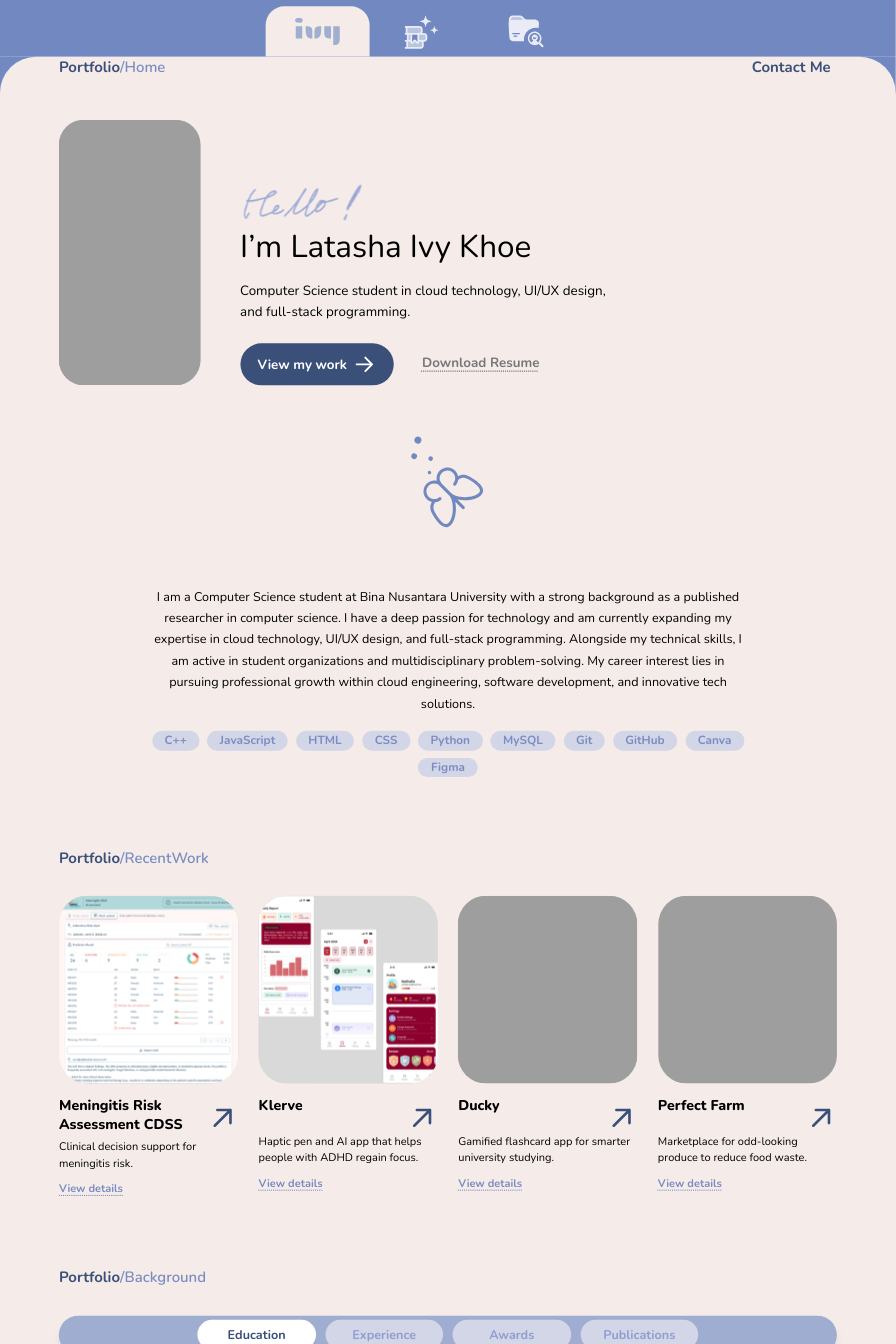
Repository: L-vy/L-vy
Page: /
The author's editor kept a copy of each file at every save. The page is drawn from the files as they stood at one save, then again after the next save.
The browser window is 1280 px wide. The pictures show the part of the page from y = 0 to 1920 px (the page is 3174 px tall before and 3226 px after), at 70% of full size.
Pictures or frames that could not be fetched are drawn as grey boxes. Some web fonts or font styles are not loaded; a fallback is used. The project was rebuilt for these pictures with package versions that can differ from the ones it lists, and the page was loaded fresh each time. Also part of the build but not shown: vite.config.ts, src/components/ExperienceBinder.tsx, src/components/FolderCard.tsx, src/components/ProjectSidebar.tsx, src/pages/ProjectDetails.tsx.

Above is the page before, as saved 2026-10-07 21:26:27.

### index.html
<!doctype html>
<html lang="en">
  <head>
    <meta charset="UTF-8" />
    <meta name="viewport" content="width=device-width, initial-scale=1.0" />
    <meta name="description" content="Portfolio of Latasha Ivy Khoe, Computer Science student specializing in Cloud Technology, UI/UX design and full-stack development." />
    <meta name="theme-color" content="#7288c1" />
    <link rel="icon" href="/images/ivy-logo.svg" />
    <link rel="preconnect" href="https://fonts.googleapis.com" />
    <link rel="preconnect" href="https://fonts.gstatic.com" crossorigin />
    <link href="https://fonts.googleapis.com/css2?family=Nunito:ital,wght@0,400;0,600;0,700;0,800;1,400&family=Playwrite+US+Modern:wght@100..400&display=swap" rel="stylesheet" />
    <title>Latasha Ivy Khoe | Portfolio</title>
  </head>
  <body>
    <div id="root"></div>
    <script type="module" src="/src/main.tsx"></script>
  </body>
</html>

### src/main.tsx
import { StrictMode } from 'react'
import { createRoot } from 'react-dom/client'
import App from './App'
import './styles.css'
createRoot(document.getElementById('root')!).render(<StrictMode><App /></StrictMode>)

### src/App.tsx
import { BrowserRouter, Route, Routes } from 'react-router-dom'
import Home from './pages/Home'
import ProjectDetails from './pages/ProjectDetails'
import CursorCircle from './components/CursorCircle'
export default function App() {
  return (
    <BrowserRouter>
      <CursorCircle />
      <Routes>
        <Route path="/" element={<Home />} />
        <Route path="/recentworks/:id" element={<ProjectDetails />} />
        <Route path="*" element={<Home />} />
      </Routes>
    </BrowserRouter>
  )
}

### src/styles.css
/* Sizes are authored at design scale (16px = 1rem) and rendered at 75% via html{font-size:75%}. */
:root{--blue:#7288c1;--cream:#f5ecea;--ink:#3b5078;--peri:#7a8cc2;--light:#a9b5e0;--bar:#9fadd1;--pill:#d3d6e6;--panel:#d1d4e3;--ph:#d9d9d9;--txt:#000;--gut:max(3.5rem,calc((100% - 68.75rem)/2 + 3.5rem));color-scheme:light}
html{font-size:75%}
*{box-sizing:border-box}
body{margin:0;background:var(--cream);color:var(--txt);font-family:'Nunito',system-ui,sans-serif;line-height:1.4}
h1,h2,h3,p,ul{margin:0}
ul{padding:0;list-style:none}
a{color:inherit}
button{font-family:inherit;cursor:pointer}
img{max-width:100%}
:focus-visible{outline:3px solid var(--ink);outline-offset:3px}
.fx{font-family:'Playwrite US Modern','Nunito',cursive;font-weight:400}
.nav{position:relative;height:4.5rem;background:var(--blue)}
.nav::after{content:'';position:absolute;left:0;right:0;top:100%;height:2.875rem;background:var(--blue)}
.nav-tabs{max-width:68.75rem;margin:0 auto;height:100%;display:flex;align-items:flex-end;padding-left:28%}
.nav-tab{width:8.25rem;height:4rem;border:0;background:none;color:#e9ecf7;display:grid;place-items:center;padding:0;transition:opacity .25s}
.nav-tab:hover{opacity:.8}
.nav-tab.active{background:var(--cream);border-radius:1.5rem 1.5rem 0 0;color:var(--light);opacity:1}
.nav-tab img{height:2.125rem}
.page{position:relative;z-index:1;background:var(--cream);border-radius:2.875rem 2.875rem 0 0;padding:0 var(--gut);}
.section{padding-top:5.625rem}
.hero{position:relative;padding-top:0;justify-content: center;}
.hero-top{display:flex;justify-content:space-between;align-items:center}
.path{font-size:1.1875rem;font-weight:600;color:var(--peri)}
.path b{color:var(--ink);font-weight:700}
.crumb{background:none;border:0;padding:0;font:inherit;color:inherit}
.crumb:hover{text-decoration:underline dotted;text-underline-offset:0.25rem}
.contact-link{background:none;border:0;font-size:1.1875rem;font-weight:700;color:var(--ink)}
.hero-grid{display:grid;grid-template-columns:135px 1fr;gap:3.125rem;align-items:flex-end;margin-top:3.25rem}
.hero-photo{width: 100%;max-width: 135px;aspect-ratio: 200 / 375;object-fit:cover;background:var(--ph);border-radius:2rem;transition:transform .3s}
.hero-photo:hover{transform:rotate(-1.2deg) scale(1.015)}
.hello{height:3.375rem;width:auto;display:block}
h1{margin-top:0.25rem;font:400 2.5rem/1.35 'Playwrite US Modern','Nunito',cursive}
.lead{max-width:30rem;font-size:1.0625rem;line-height:1.6;margin-top:0.875rem}
.lead.sm{font-size:0.9375rem;max-width:none;margin-top:1.25rem}
.actions{display:flex;align-items:center;gap:2.25rem;margin-top:1.625rem;flex-wrap:wrap}
.btn{display:inline-flex;align-items:center;gap:0.5rem;background:var(--ink);color:#fff;border:0;border-radius:62.4375rem;padding:0.75rem 1.375rem;font-size:1.0625rem;font-weight:700;transition:transform .25s}
.btn:hover{transform:translateY(-2px)}
.btn.blue{background:var(--blue);font-size:1.1875rem;padding:0.875rem 1.75rem}
.link-dotted{text-decoration:underline dotted;text-underline-offset:0.25rem;font-weight:700}
.link-dotted.grey{color:#777;font-size:1.0625rem}
.butterfly{display:block;margin:4rem auto 0;width:6rem}
.intro{max-width:47.5rem;margin:4.375rem auto 0;text-align:center}
.intro-text{font-size:1rem;line-height:1.7}
.pills{display:flex;flex-wrap:wrap;gap:0.625rem;justify-content:center;margin-top:1.375rem}
.pills.left{justify-content:flex-start}
.pill{border-radius:24rem;padding:0.1rem 1rem;font-weight:700;font-size:0.9375rem;background:var(--pill);color:var(--peri)}
.pill.solid-outline{background:none;border:1.5px solid var(--peri);font-size:1rem}
.reveal{opacity:0;transform:translateY(0.875rem);transition:opacity .6s,transform .6s}
.reveal.in{opacity:1;transform:none}
.fill{height:100%}
.cards{display:grid;grid-template-columns:repeat(4,1fr);gap:1.625rem;margin-top:2.125rem}
.card{display:flex;flex-direction:column;min-width:0}
.card-img{display:block;aspect-ratio:400/420;border-radius:2.25rem;overflow:hidden;background:var(--ph);transition:transform .3s}
.card-img img{width:100%;height:100%;object-fit:cover;display:block}
.card:hover .card-img{transform:rotate(-1.2deg) scale(1.015)}
.card-title{display:flex;justify-content:space-between;align-items:flex-start;gap:0.5rem;margin-top:1rem;color:var(--ink)}
.card-title .icon{flex:none}
.clamp{font-size:1.125rem;font-weight:800;line-height:1.3;color:var(--txt);display:-webkit-box;-webkit-line-clamp:2;-webkit-box-orient:vertical;overflow:hidden}
.card-sum{font-size:0.875rem;line-height:1.5;margin-top:0.375rem}
.card-links{margin-top:0.625rem}
.card-links .link-dotted{color:var(--peri);font-size:0.875rem}
.tabbar{position:relative;background:var(--bar);border-radius:62.4375rem;padding:0.375rem 0.5rem;display:flex;justify-content:center;gap:0.75rem;margin-top:2.125rem;box-shadow:0 0.5rem 0.875rem -0.375rem rgba(60,70,110,.35)}
.tabwrap{position:relative;width:min(9.375rem,22%)}
.tab{width:100%;border:0;border-radius:62.4375rem;padding:0.5rem 0;font-size:1rem;font-weight:700;background:var(--pill);color:#8f9dcf;transition:background .25s,color .25s}
.tab.on{background:#fff;color:var(--ink)}
.pointer{position:absolute;left:50%;bottom:-1.25rem;margin-left:-0.5625rem;border:0.5625rem solid transparent;border-top:0;border-bottom:0.8125rem solid var(--ink)}
.panel{margin-top:2.75rem;background:var(--panel);border-radius:1.375rem;height:30.625rem;box-shadow:0 0.375rem 1rem -0.5rem rgba(60,70,110,.3);transition:background .3s,box-shadow .3s}
.panel.bound{background:transparent;box-shadow:none}
.banner{height:100%;display:flex;flex-direction:column;gap:2.125rem;padding:1.875rem 2.125rem 2.5rem}
.banner-img{flex:1;min-height:0;width:100%;object-fit:cover;background:var(--ph);border-radius:2.25rem;transition:transform .3s}
.banner:hover .banner-img{transform:rotate(-1.2deg) scale(1.015)}
.tx{padding-left:0.4375rem}
.tx h2{font-size:1.625rem;line-height:1.4}
.tx h3{margin-top:2px;font-size:1.1875rem;font-weight:700}
.tx p{margin-top:0.375rem;font-style:italic;font-size:0.9375rem}
.folders{height:100%;display:grid;grid-template-columns:1fr 1fr;gap:1.5rem;padding:1.75rem 2rem}
.folder{--rim:#3b5078;--body:#f3f3f9;background:var(--rim);border-radius:1.875rem;padding:1.5px;display:flex;flex-direction:column;overflow:hidden}
.media{height:11.875rem;margin-bottom:-2.5rem;flex:none;position:relative;overflow:hidden;border-radius:1.78125rem 1.78125rem 0 0;background:var(--ph)}
.media>*{display:block;width:100%;height:100%;object-fit:cover;background:var(--ph);transform:scale(1.06);transition:transform .3s}
.folder:hover .media>*{transform:rotate(-1.2deg) scale(1.1)}
.rest{flex:1;position:relative;z-index:1;background:var(--body);border-radius:0 1.78125rem 1.78125rem 1.78125rem;padding:0 1.375rem 1.125rem;display:flex;flex-direction:column}
.rest .tab{position:absolute;left:0;top:-2.25rem;width:80%;height:2.3125rem;padding:0;border-radius:1.25rem 1.25rem 0 0;background:var(--body)}
.rest .tab::after{content:'';position:absolute;right:-1.25rem;bottom:0;width:1.25rem;height:1.25rem;background:radial-gradient(circle at 100% 0,transparent 1.21875rem,var(--body) 1.25rem)}
.head{position:relative;margin-top:-1.375rem}
.head::before{content:'';float:right;width:24%;height:1rem}
.head b{display:-webkit-box;-webkit-line-clamp:3;-webkit-box-orient:vertical;overflow:hidden;font-size:1.0625rem;font-weight:800;line-height:1.25}
.head span{display:block;font-size:0.9375rem;color:#6f748f;margin-top:2px}
.folder p{margin-top:0.75rem;font-size:0.84375rem;font-style:italic;line-height:1.5;display:-webkit-box;-webkit-line-clamp:4;-webkit-box-orient:vertical;overflow:hidden}
.foot{margin-top:auto;padding-top:0.625rem;display:flex;justify-content:space-between;align-items:center;min-height:2.75rem}
.foot strong{font-size:1.5625rem;line-height:1.3}
.go{display:grid;place-items:center;width:2.5rem;height:2.5rem;border-radius:50%;background:var(--ink);color:#fff;transition:transform .25s}
.go:hover{transform:translate(2px,-2px)}
.exp{position:relative;height:100%}
.plate{position:absolute;left:0;top:0;bottom:0;width:8.125rem;background:#c9cde0;border-radius:1.625rem 0 0 1.625rem;box-shadow:0 0.625rem 1.125rem -0.625rem rgba(60,70,110,.4)}
.rail{position:absolute;left:0;top:4.4375rem;width:3.75rem;height:0;z-index:2}
.rail button{position:absolute;left:0.8125rem;top:calc(var(--i)*4.5rem);width:2.9375rem;height:5.25rem;z-index:calc(var(--i) + 1);border:0;background:var(--c);color:#fff;border-radius:1.125rem 0 0 1.125rem;display:grid;place-items:center;padding:0;transition:left .25s,width .25s}
.rail button:hover,.rail button[aria-selected=true]{left:0.4375rem;width:3.3125rem}
.rail button[aria-selected=true]{z-index:10}
.fcard{--acc:#9fadd1;position:absolute;left:3.75rem;right:0;top:0;bottom:0;background:var(--cream);border:2.5px solid var(--acc);border-radius:1.625rem;box-shadow:0 0.625rem 1.25rem -0.625rem rgba(60,70,110,.4);padding:1.375rem 1.75rem 1.375rem 1.875rem;overflow:hidden;transition:border-color .35s}
.pg{position:relative;height:100%;display:grid;grid-template-columns:1fr 1fr;grid-template-rows:auto 1fr;column-gap:3.5rem;animation:in .4s ease both}
@keyframes in{from{opacity:0;transform:translateY(0.5rem)}to{opacity:1;transform:none}}
.lab{grid-column:1/-1;font-size:0.8125rem}
.col{display:flex;flex-direction:column;min-width:0}
.col.end{align-self:end;padding-bottom:0.625rem}
.t{font-size:1.6875rem;font-weight:800;color:var(--ttl);line-height:1.2;margin-top:1.75rem}
.col.end .t{margin-top:0}
.sub{font-size:1.25rem;color:var(--ttl);margin-top:0.375rem}
.d{font-size:0.875rem;line-height:1.55;margin-top:1rem;font-style:italic}
.h{font-size:0.8125rem;margin:1.375rem 0 0.375rem}
.col ul{padding-left:1.25rem;font-size:0.84375rem;line-height:1.55;list-style:disc}
.stack,.zig{position:relative;margin-top:auto}
.stack{height:8rem}
.zig{margin-top:0.875rem}
.sp{position:absolute;display:block;width:62%;height:7.375rem;object-fit:cover;background:var(--ph);border:1px solid var(--txt);border-radius:1.625rem;transform:rotate(var(--r));transition:transform .3s}
.sp:hover{z-index:9;transform:rotate(calc(var(--r)*-1)) translateY(-0.3125rem) scale(1.03)}
.stack .sp:nth-child(1){--r:-2deg;left:0;top:0.375rem}
.stack .sp:nth-child(2){--r:1.5deg;left:20%;top:0.75rem}
.stack .sp:nth-child(3){--r:-1deg;left:38%;top:0}
.zig .sp{width:70%;height:7.5625rem}
.zig .sp:nth-child(1){--r:1deg;left:0;top:0}
.zig .sp:nth-child(2){--r:-1deg;left:44%;top:7rem}
.zig .sp:nth-child(3){--r:1deg;left:-1%;top:14.125rem}
.p1{left:47%;top:0.5rem;width:29%;height:8.4375rem;--r:1deg}
.p2{left:66%;top:4.875rem;width:27%;height:auto;aspect-ratio:210/297;--r:-1deg}
.contact{text-align:center;padding:5.75rem 0 6.25rem}
.contact h2{font-size:2.25rem;font-weight:400}
.contact b{font-weight:800}
.contact .btn{margin-top:1.375rem}
.footer{background:var(--blue);color:#eef0fa;padding:3.25rem var(--gut) 2.5rem;display:flex;justify-content:space-between;align-items:flex-end;gap:1.875rem;flex-wrap:wrap;min-height:14.375rem}
.footer ul{display:flex;gap:2.75rem;align-self:flex-start}
.ci{display:block;color:#dfe4f6;transition:transform .25s}
.ci:hover,.ci.pulse{transform:translateY(-0.25rem) scale(1.12)}
.footer-by{text-align:right;line-height:2;font-size:1rem}
/* .detail{border-radius:0 0 2.875rem 2.875rem;padding-top:2.875rem;padding-bottom:4.375rem} */
.detail{flex:1;min-width:0;min-height:100vh;border-radius:0 3rem 3rem 0;padding-top:2.875rem;padding-bottom:4.375rem}
.detail-grid{display:grid;grid-template-columns:1fr 1fr;gap:3.5rem;align-items:center;margin-top:2.875rem}
.detail-title{margin:0;font:800 2rem/1.3 'Nunito',sans-serif}
.detail .pills{margin-top:1.375rem}
/* ---------- Project detail: left sidebar ---------- */
.detail-shell{display:flex;min-height:100vh;background:var(--blue)}
.side{position:sticky;top:0;align-self:flex-start;flex:none;width:5.375rem;height:100vh;display:flex;flex-direction:column;padding:6rem 0 9.875rem}

/* step indicators 01–04 */
.steps{align-self:flex-start;display:grid;gap:0.5rem}
.step{display:grid;place-items:center;width:4.3125rem;height:4.4375rem;border-radius:0 1.25rem 1.25rem 0;background:transparent;color:var(--light);font-size:1.2rem;text-decoration:none;transition:opacity .25s}
.step:not(.on):hover{opacity:.8}
.step.on{background:var(--cream);color:var(--light);text-decoration:underline dotted;text-underline-offset:0.375rem}   /* RULE 2 */

/* vertical Previous / Next */
.side-nav{margin-top:3rem;align-self:flex-start;width:4.3125rem;display:flex;flex-direction:column;align-items:center;gap:1.75rem}
.side-btn{writing-mode:vertical-rl;transform:rotate(0deg);color:var(--cream);font-size:1rem;font-weight:600;line-height:1;text-decoration:none;transition:opacity .2s}   /* white by default */
a.side-btn:hover{opacity:.8}
.side-btn.edge{color:var(--light)}   /* RULE 3 */
.meta{margin-bottom:0.875rem;font-size:1.25rem;font-weight:400;color:var(--ink)}
.contrib{margin:1.125rem 0 0.5rem;font:400 0.9375rem 'Playwrite US Modern','Nunito',cursive;color:var(--peri)}
.contrib-list {position: relative;padding-left: 1.25rem;display: grid;gap: 0.75rem;font-size: 0.90625rem;}
.contrib-list::before {content: '';position: absolute;left: 0;top: 0.25rem;bottom: 0.25rem;width: 2px;background-color:var(--light);border-radius: 9999px;}
/* .contrib-list{border-left:3px solid var(--light);border-top-left-radius: 4px;border-bottom-left-radius: 4px;padding-left:0.875rem;display:grid;gap:0.75rem;font-size:0.90625rem} */
/* .contrib-list li{display:flex;gap:0.875rem;align-items:center}
.contrib-list li::before{content:'';width:0.75rem;height:0.75rem;flex:none;border-radius:50%;border:3px solid var(--peri)} */
.detail-links{display:flex;gap:0.75rem;flex-wrap:wrap;margin-top:1.375rem}
/* .detail-links .pill{background:none;border:2px solid var(--light);color:var(--peri);padding:0.375rem 1.25rem;font:400 0.875rem 'Playwrite US Modern','Nunito',cursive;text-decoration:underline dotted;text-underline-offset:0.25rem} */
.detail-links .pill{background:none;border:2px solid var(--light);color:var(--peri);padding:0.375rem 1.25rem;font-family:inherit;font-size:0.9375rem;font-weight:700;text-decoration:underline dotted;text-underline-offset:0.25rem}
.proto{margin:0}
/* .proto img{display:block;width:100%;aspect-ratio:1/1.08;object-fit:cover;background:var(--ph);border:3px solid var(--ink);border-radius:3rem;transition:transform .3s} */
.proto img {  border: 0;  outline: 0;  border-radius: 15px;}
.proto img:hover{transform:rotate(1.2deg) scale(1.015)}
.proto figcaption{text-align:center;font-weight:500;font-size:0.9375rem;color:var(--ink);margin-top:1rem}
/* .pager{background:var(--blue);margin-top:-2.875rem;padding:5.5rem var(--gut) 1.5rem;display:flex;justify-content:center;gap:3.5rem} */
/* .pager-btn{margin-top:-3rem;height:3.25rem;display:grid;place-items:center;color:#fff;font-weight:700;font-size:1.125rem;text-decoration:none;transition:opacity .2s} */
/* .pager-btn.prev{background:var(--cream);color:var(--ink);padding:0 2.125rem;border-radius:0 0 1.5rem 1.5rem}
.pager-btn.off{opacity:.5}
.pager-btn.prev.off{opacity:1;color:var(--light)} */
/* .pager-btn.hang{background:var(--cream);color:var(--ink);padding:0 2.125rem;border-radius:0 0 1.5rem 1.5rem} */
/* .pager-btn.off{opacity:.5} */
/* .pager-btn.hang.off{opacity:1;color:var(--light)} */
.cursor-circle{position:fixed;left:0;top:0;width:4rem;height:4rem;border-radius:50%;background:rgba(114,136,193,.28);pointer-events:none;z-index:50;transform:translate(-6.25rem,-6.25rem) scale(0);transition:transform .18s}
@media (max-width:960px)
{.cards{grid-template-columns:1fr 1fr}.nav-tabs{padding-left:4%}.nav-tab{width:6rem}}
@media (max-width:760px)
{.page{border-radius:1.875rem 1.875rem 0 0;padding:0 1.25rem}.hero-grid,.detail-grid{grid-template-columns:1fr;gap:1.75rem}.hero-photo{max-width:16.25rem}h1{font-size:1.875rem}.detail-title{font-size:1.5625rem}.cards{grid-template-columns:1fr}.tab{font-size:0.75rem}.tabbar{gap:0.375rem}.pointer{display:none}.panel{height:auto}.banner{padding:1.125rem;gap:1.5rem}.banner-img{flex:none;height:11.875rem}.folders{grid-template-columns:1fr;padding:1.125rem}.folder{min-height:23.75rem}.contact h2{font-size:1.6875rem}.footer ul{gap:1.375rem}.footer-by{text-align:left}.plate{display:none}.fcard{position:static;padding:1.25rem 1.125rem;border-radius:1.375rem}.exp{height:auto}.rail{position:static;height:auto;display:flex;gap:0.375rem;padding-left:0.625rem}.rail button,.rail button:hover,.rail button[aria-selected=true]{position:static;width:3.5rem;height:2.875rem;border-radius:0.875rem 0.875rem 0 0}.pg{display:flex;flex-direction:column;gap:0.875rem;height:auto}.col.end{padding:0}.stack,.zig{height:auto;display:grid;gap:0.625rem;margin-top:0.625rem}.pg .sp{position:static;width:100%;height:6.875rem}.pg .p2{height:auto;width:58%;align-self:center}
.detail-shell{flex-direction:column;min-height:0}
.side{position:static;width:auto;height:auto;flex-direction:row;justify-content:space-between;align-items:flex-start;padding:0 1.25rem 1rem}
.steps{display:flex;gap:0.5rem;align-self:flex-start}
.step{width:3rem;height:3rem;font-size:1.25rem;border-radius:0 0 1rem 1rem}
.side-nav{width:auto;flex-direction:row;align-self:center;gap:1.25rem}
.side-btn{writing-mode:horizontal-tb;transform:none;font-size:1rem}
.detail{border-radius:0 0 1.875rem 1.875rem;min-height:0}}

@media (prefers-reduced-motion:reduce){*{transition:none!important;animation:none!important}}

### src/components/Skills.tsx
import { site } from '../data/site'
import Reveal from './Reveal'
export default function Skills() {
  return (
    <Reveal className="intro">
      <p className="intro-text">{site.about}</p>
      <ul className="pills" aria-label="Skills">{site.skills.map(s => <li key={s} className="pill">{s}</li>)}</ul>
    </Reveal>
  )
}

### src/components/RecentWorks.tsx
import { projects } from '../data/projects'
import ProjectCard from './ProjectCard'
import Reveal from './Reveal'
export default function RecentWorks() {
  return (
    <section id="recent-works" className="section">
      <p className="path"><b>Portfolio</b>/RecentWork</p>
      <Reveal className="cards">{projects.slice(0, 4).map(p => <ProjectCard key={p.id} p={p} />)}</Reveal>
    </section>
  )
}

### src/components/ContactSection.tsx
import Icon from './Icon'
import { useGoTo } from './useGoTo'
export default function ContactSection() {
  const go = useGoTo()
  return (
    <section id="contact" className="contact">
      <h2>Interested in <b>Working Together?</b></h2>
      <button className="btn blue" onClick={() => go('contact', true)}>Get in Touch <Icon name="butterfly-cursor" size={34} /></button>
    </section>
  )
}

### src/components/useGoTo.ts
import { useLocation, useNavigate } from 'react-router-dom'
export const pulseContact = () => window.dispatchEvent(new Event('contact-pulse'))
export function scrollToId(id: string) {
  if (id === 'contact') { window.scrollTo({ top: document.documentElement.scrollHeight, behavior: 'smooth' }); return }
  document.getElementById(id)?.scrollIntoView({ behavior: 'smooth', block: 'start' }) }
/** Navigate to a section on the home page from anywhere. */
export function useGoTo() {
  const nav = useNavigate(); const { pathname } = useLocation()
  return (id: string, pulse = false) => {
    if (pathname === '/') { scrollToId(id); if (pulse) setTimeout(pulseContact, 700) }
    else nav('/', { state: { scrollTo: id, pulse } })
  }
}

### src/components/Icon.tsx
export default function Icon({ name, size = 24, raw = false }: { name: string; size?: number; raw?: boolean }) {
  if (raw) return <img className="icon" src={`/icons/${name}.svg`} alt="" width={size} height={size} />
  const mask = `url(/icons/${name}.svg) center / contain no-repeat`
  return <span className="icon" aria-hidden="true" style={{ display: 'inline-block', width: size, height: size, backgroundColor: 'currentColor', WebkitMask: mask, mask }} />
}

### src/components/Reveal.tsx
import { useEffect, useRef, useState, type ReactNode } from 'react'
export default function Reveal({ children, className = '' }: { children: ReactNode; className?: string }) {
  const ref = useRef<HTMLDivElement>(null); const [on, setOn] = useState(false)
  useEffect(() => {
    const io = new IntersectionObserver(([e]) => { if (e.isIntersecting) { setOn(true); io.disconnect() } }, { threshold: 0.1 })
    if (ref.current) io.observe(ref.current); return () => io.disconnect()
  }, [])
  return <div ref={ref} className={`reveal ${on ? 'in' : ''} ${className}`}>{children}</div>
}

Loaded but not shown: src/data/projects.ts (42 lines, source omitted); src/data/background.ts (36 lines, source omitted); src/components/Background.tsx (34 lines, source omitted); src/data/site.ts (17 lines, source omitted); src/components/Navbar.tsx (29 lines, source omitted); src/components/Footer.tsx (20 lines, source omitted); src/pages/Home.tsx (27 lines, source omitted); src/components/Hero.tsx (24 lines, source omitted); src/components/CursorCircle.tsx (17 lines, source omitted); src/components/ProjectCard.tsx (17 lines, source omitted)

After the next save:
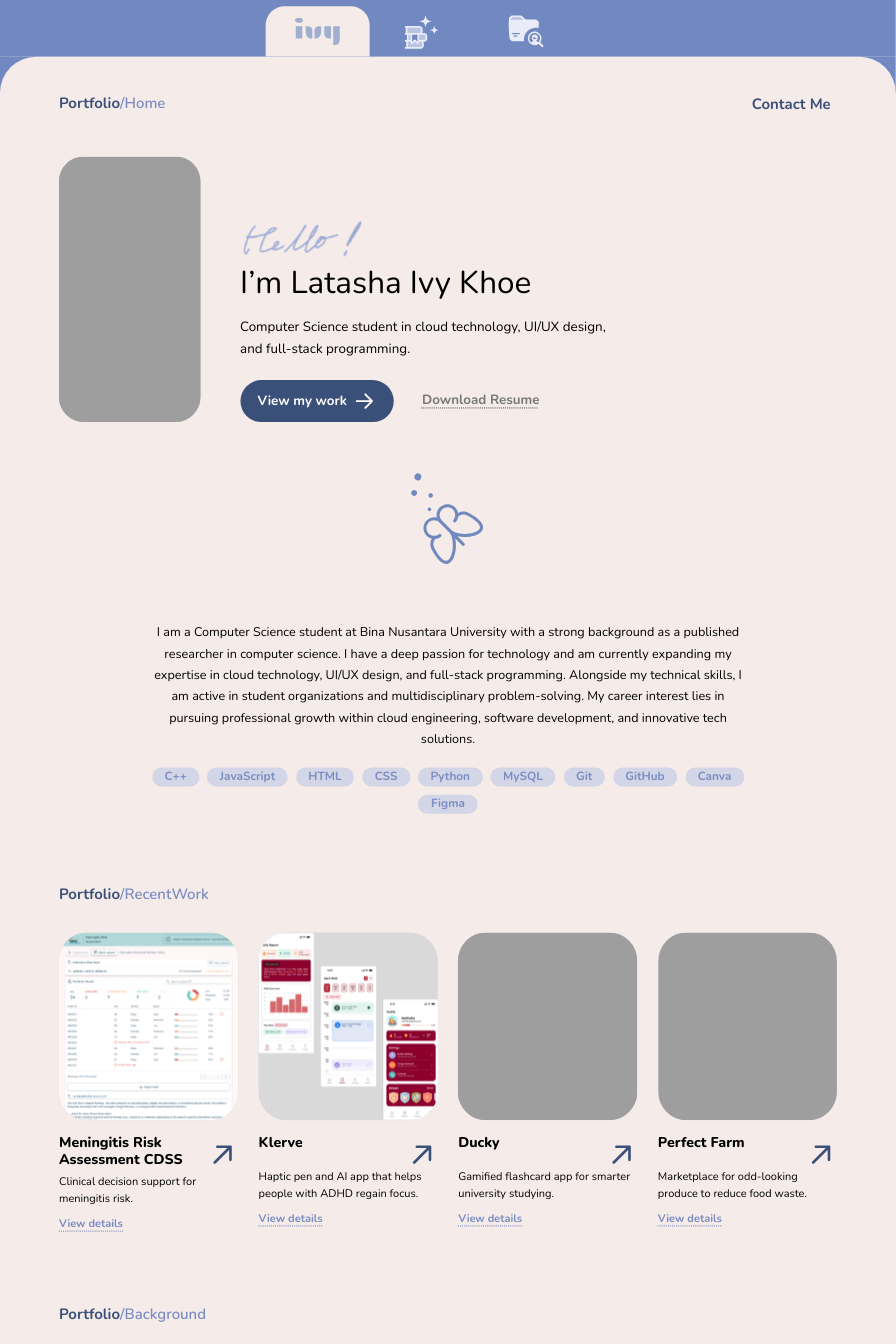
Saved 13 s later.
--- a/src/styles.css
+++ b/src/styles.css
@@ -19,7 +19,7 @@ img{max-width:100%}
 .nav-tab img{height:2.125rem}
 .page{position:relative;z-index:1;background:var(--cream);border-radius:2.875rem 2.875rem 0 0;padding:0 var(--gut);}
 .section{padding-top:5.625rem}
-.hero{position:relative;padding-top:0;justify-content: center;}
+.hero{position:relative;padding-top:2.875rem;justify-content: center;}
 .hero-top{display:flex;justify-content:space-between;align-items:center}
 .path{font-size:1.1875rem;font-weight:600;color:var(--peri)}
 .path b{color:var(--ink);font-weight:700}
